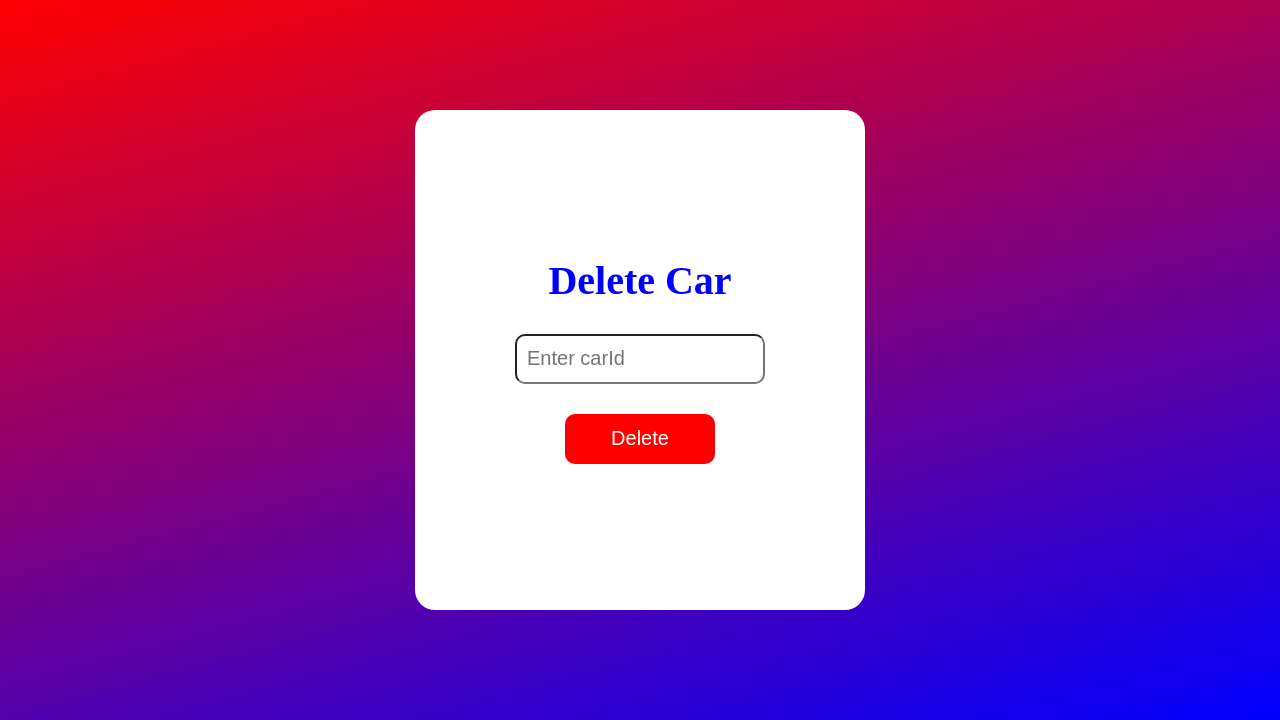
Repository: Dhirajkumar02/Advance-Java--J2EE-
Page: ServletProjecct_CarDB/src/main/webapp/DeleteCar.html
The author's editor kept a copy of each file at every save. The page is drawn from the files as they stood at one save, then again after the next save.
The browser window is 1280 px wide. The pictures show the whole page.

Above is the page before, as saved 2024-11-16 18:42:39.

After the next save:
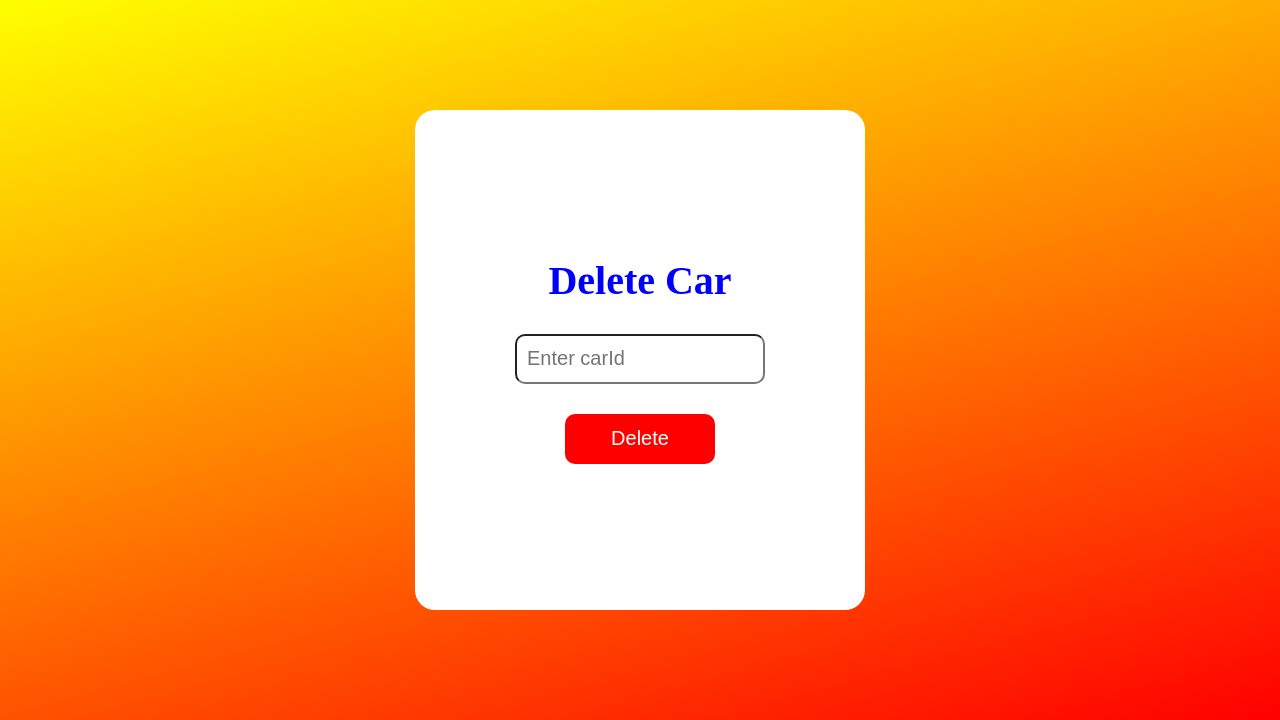
Saved 22 s later.
--- a/ServletProjecct_CarDB/src/main/webapp/DeleteCar.html
+++ b/ServletProjecct_CarDB/src/main/webapp/DeleteCar.html
@@ -15,7 +15,7 @@ height: 100vh;
 display: flex;
 justify-content: center;
 align-items: center;
-background: linear-gradient(165deg, red, blue);
+background: linear-gradient(165deg, yellow, red);
 }
 form {
 /*   border: 2px solid black; */
